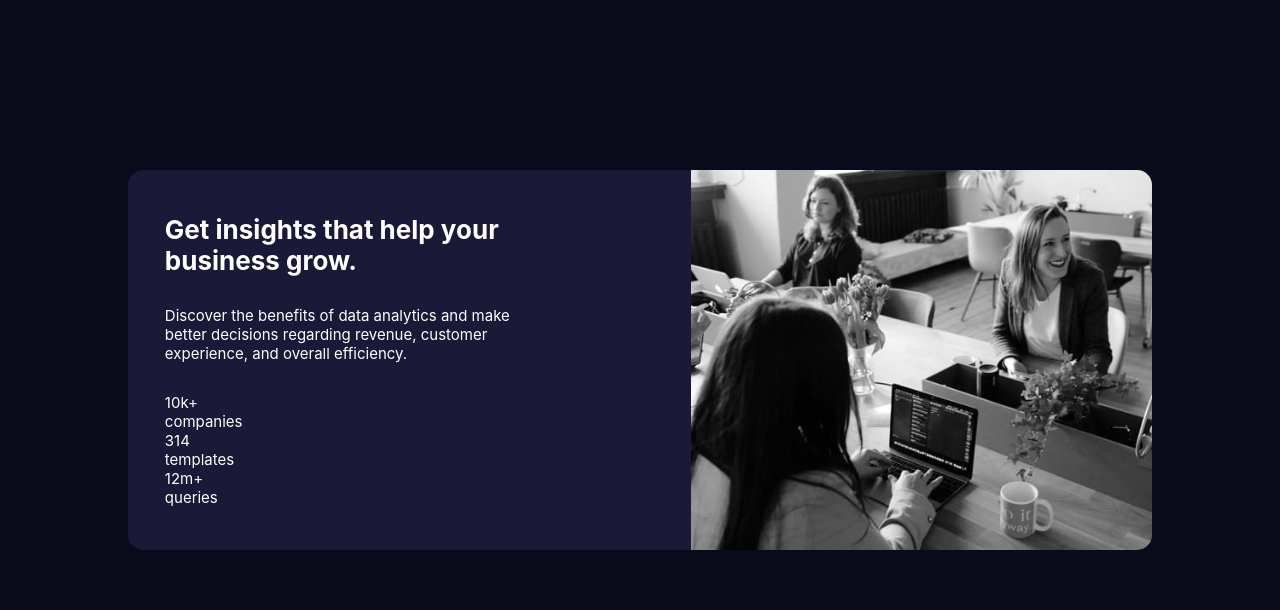
Repository: superZXMzzl/FrontendMentor
Page: stats-preview-card-component-main/index.html
An editor plug-in stored every save of this project. The page is shown before and after the next save, followed by the edit.
The browser window is 1280 px wide. The pictures show the whole page.

Above is the page before, as saved 2022-05-09 18:53:24.

After the next save:
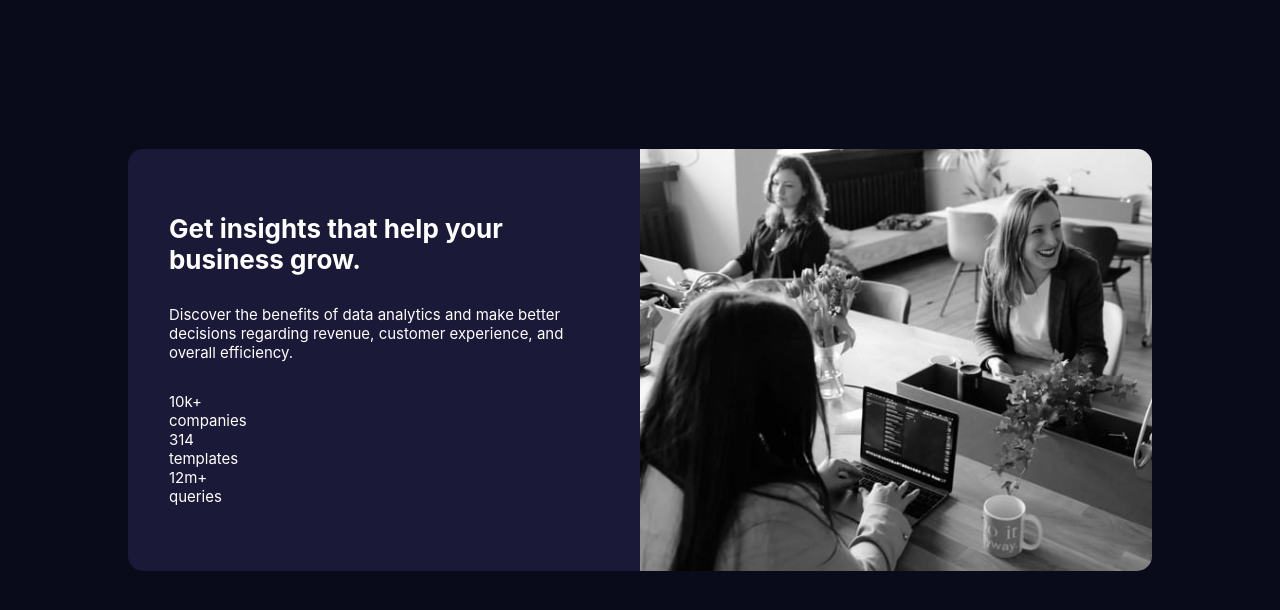
Saved 17 s later.
--- a/stats-preview-card-component-main/style.css
+++ b/stats-preview-card-component-main/style.css
@@ -24,7 +24,6 @@ body {
     background-color: hsl(244, 38%, 16%);
     border-radius: 15px;
     overflow: hidden;
-    column-gap: 10%;
     grid-template-columns: 1fr 1fr;
 }
 
